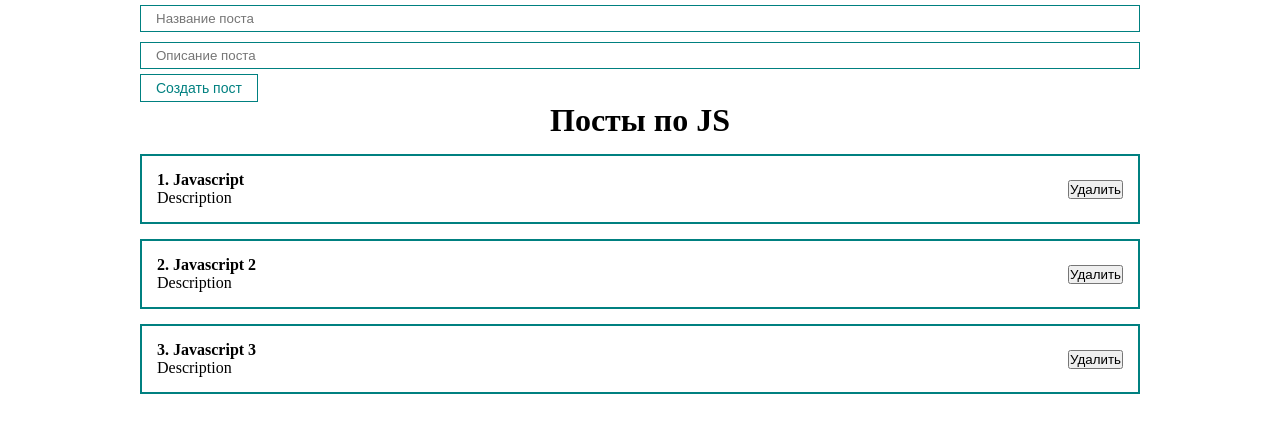
Repository: otvertka/ulb
Page: /
An editor plug-in stored every save of this project. The page is shown before and after a run of saves, followed by the edit.
The browser window is 1280 px wide. The pictures show the whole page.
The project was rebuilt for these pictures with package versions that can differ from the ones it lists, and the page was loaded fresh each time. Also part of the build but not shown: src/components/Counter.jsx, src/components/ClassCounter.jsx.

Above is the page before, as saved 2023-06-11 11:03:07.

### public/index.html
<!DOCTYPE html>
<html lang="en">
  <head>
    <meta charset="utf-8" />
    <meta name="viewport" content="width=device-width, initial-scale=1" />

    <title>React App</title>
  </head>
  <body>
    <noscript>You need to enable JavaScript to run this app.</noscript>
    <div id="root">
      <!-- ЗДЕСЬ БУДЕТ НАШЕ JS ПРИЛОЖЕНИЕ -->
    </div>
  </body>
</html>

### src/index.js
import React from "react";
import ReactDOM from "react-dom";
import App from "./App";

// const root = ReactDOM.createRoot(document.getElementById("root"));
// root.render(<App />);
ReactDOM.render(<App />, document.getElementById("root"));

### src/App.js
import React, { useState } from "react";
import Counter from "./components/Counter";
import ClassCounter from "./components/ClassCounter";
import "./styles/App.css";
import PostItem from "./components/PostItem";
import PostList from "./components/PostList";
import MyButton from "./components/UI/button/MyButton";
import MyInput from "./components/UI/input/MyInput";

function App() {
  const [posts, setPosts] = useState([
    { id: 1, title: "Javascript", body: "Description" },
    { id: 2, title: "Javascript 2", body: "Description" },
    { id: 3, title: "Javascript 3", body: "Description" },
  ]);

  const [title, setTitle] = useState("");
  const addNewPost = (e) => {
    e.preventDefault();
    console.log(title);
  };
  // импортируем компонент
  return (
    <div className="App">
      <form>
        {/* Управляемый компонент */}
        <MyInput
          value={title}
          onChange={(e) => setTitle(e.target.value)}
          type="text"
          placeholder="Название поста"
        ></MyInput>
        <MyInput type="text" placeholder="Описание поста"></MyInput>
        <MyButton onClick={addNewPost}>Создать пост</MyButton>
      </form>
      <PostList posts={posts} title="Посты по JS" />
    </div>
  );
}

export default App;

### src/styles/App.css
* {
  margin: 0;
  padding: 0;
  box-sizing: border-box;
}

/* Рут- блок из index.html */
#root {
  display: flex;
  justify-content: center;
}

.App {
  width: 1000px;
}

.post {
  display: flex;
  padding: 15px;
  border: 2px solid teal;
  margin-top: 15px;
  justify-content: space-between;
  align-items: center;
}

### src/components/PostItem.jsx
import React from "react";

// Props - входные данные в контексте Реакта. Можно представлять, что это аргумент функции, в кот. мы можем что-то передавать снаружи
const PostItem = (props) => {
  // console.log(props);
  return (
    <div className="post">
      <div className="post__content">
        <strong>
          {props.post.id}. {props.post.title}
        </strong>
        <div>{props.post.body}</div>
      </div>
      <div className="post__btns">
        <button>Удалить</button>
      </div>
    </div>
  );
};

export default PostItem;

### src/components/PostList.jsx
import React from "react";
import PostItem from "./PostItem";

const PostList = ({ posts, title }) => {
  return (
    <div>
      <h1 style={{ textAlign: "center" }}>{title}</h1>
      {posts.map((post) => (
        <PostItem post={post} key={post.id} />
      ))}
    </div>
  );
};

export default PostList;

### src/components/UI/button/MyButton.jsx
import React from "react";
import classes from "./MyButton.module.css";

const MyButton = ({ children, ...props }) => {
  return (
    //
    <button {...props} className={classes.myBtn}>
      {children}
    </button>
  );
};

export default MyButton;

### src/components/UI/input/MyInput.jsx
import React from "react";
import classes from "./MyInput.module.css";

const MyInput = (props) => {
  return (
    //
    <input className={classes.myInput} {...props} />
  );
};

export default MyInput;

Loaded but not shown: src/components/UI/button/MyButton.module.css (common file); src/components/UI/input/MyInput.module.css (common file)

After the next 4 saves:
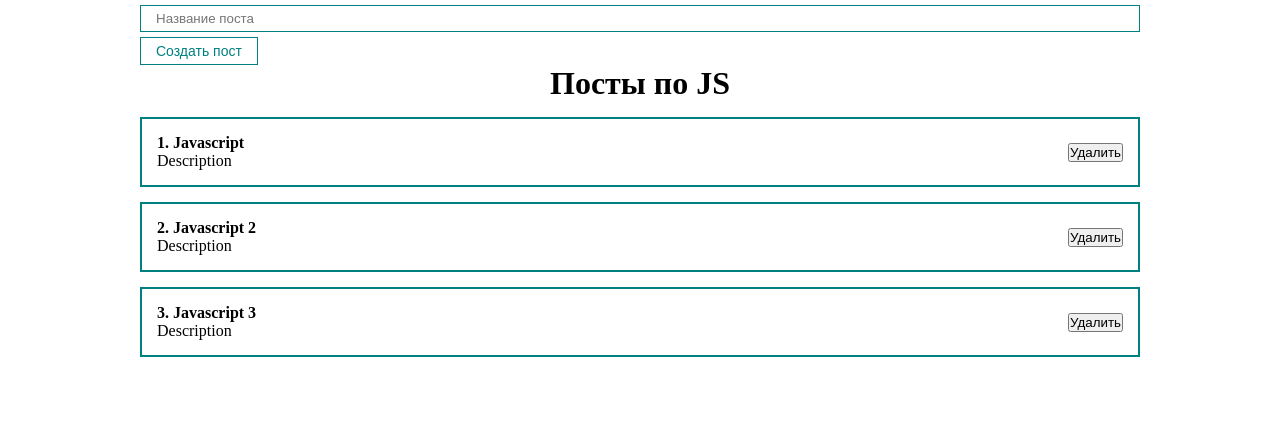
The 4 saves are shown as one change because 3 did not build or start.
The last was saved 24 min 42 s later.
--- a/src/App.js
+++ b/src/App.js
@@ -15,9 +15,11 @@ function App() {
   ]);
 
   const [title, setTitle] = useState("");
+  // const bodyInputRef = useRef();
   const addNewPost = (e) => {
     e.preventDefault();
     console.log(title);
+    console.log(bodyInputRef.current.value);
   };
   // импортируем компонент
   return (
@@ -30,7 +32,11 @@ function App() {
           type="text"
           placeholder="Название поста"
         ></MyInput>
-        <MyInput type="text" placeholder="Описание поста"></MyInput>
+        {/* <MyInput
+          ref={bodyInputRef}
+          type="text"
+          placeholder="Описание поста"
+        ></MyInput> */}
         <MyButton onClick={addNewPost}>Создать пост</MyButton>
       </form>
       <PostList posts={posts} title="Посты по JS" />
